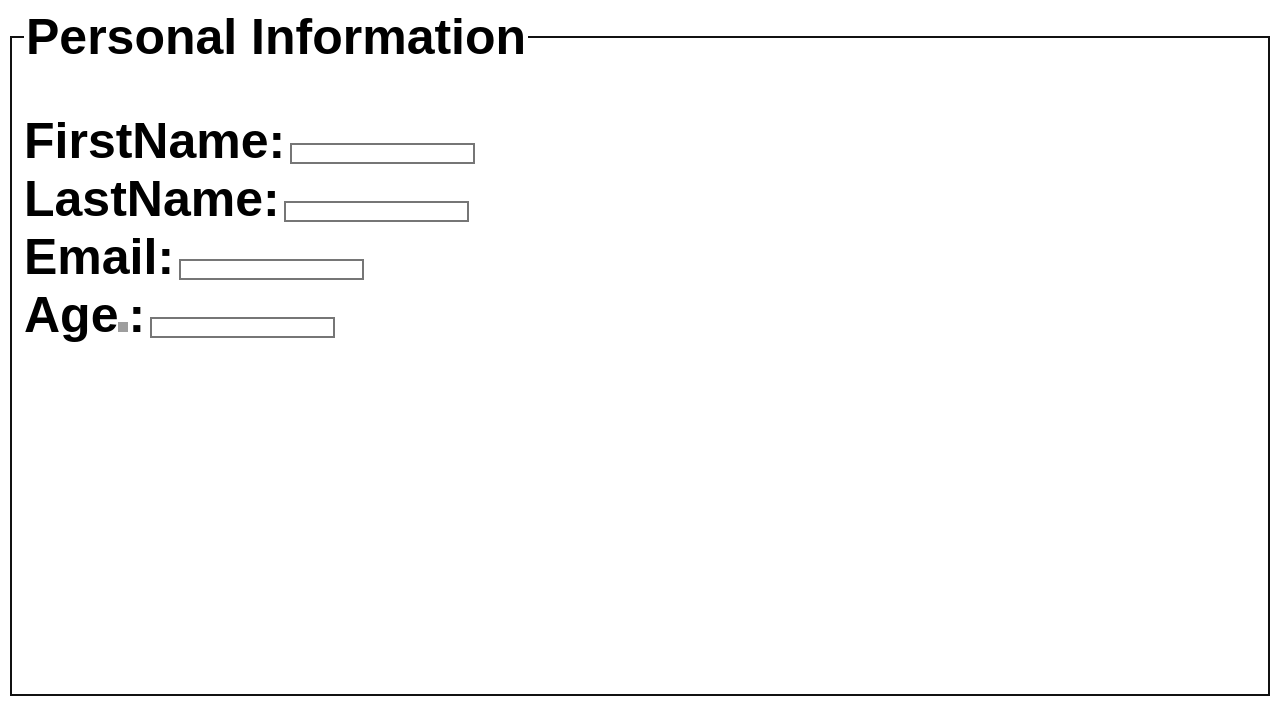
Repository: Femi007-gh/Legend
Page: index.html
These files come from the project's save history. The page is drawn as it stood at one moment and after the next save; the edit follows.
The browser window is 1280 px wide. The pictures show the whole page.
Pictures or frames that could not be fetched are drawn as grey boxes.

Above is the page before, as saved 2025-04-04 11:04:48.

After the next save:
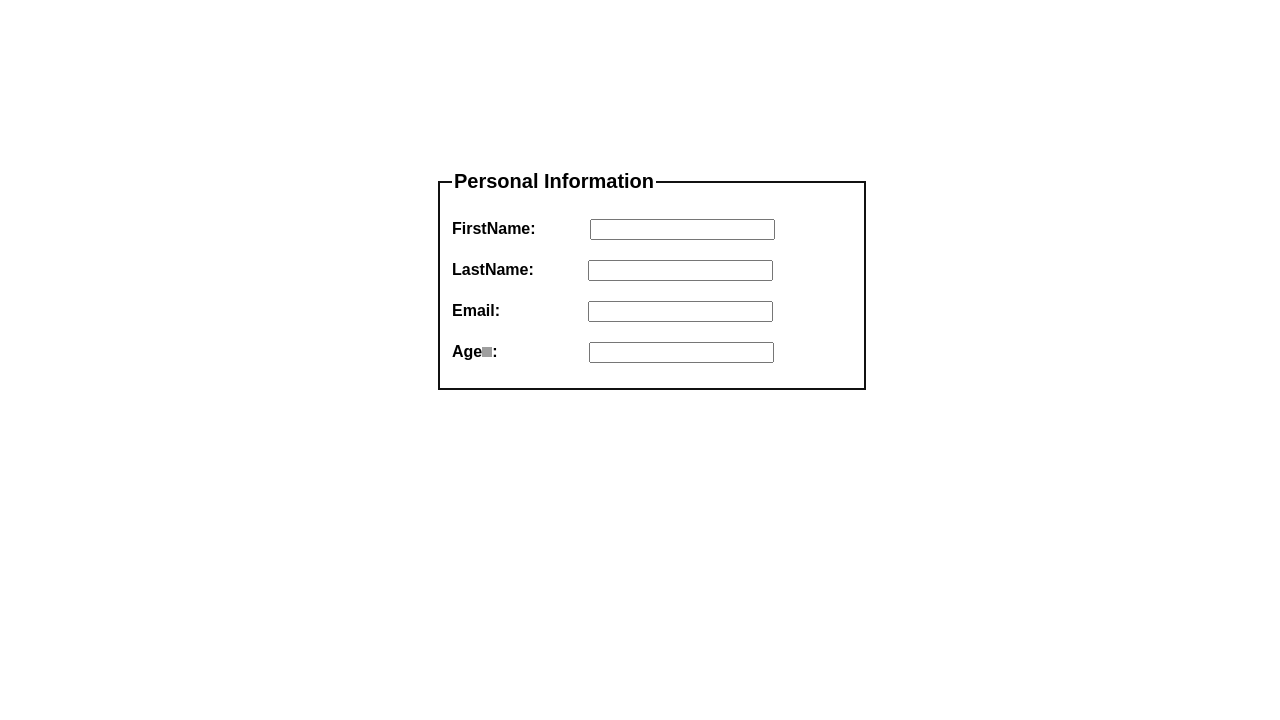
Saved 99 s later.
--- a/style.css
+++ b/style.css
@@ -4,8 +4,7 @@ body {
 }
 
 .ld {
-  font-size: 50px;
-  margin-bottom: 40px;
+  font-size: 20px;
 }
 
 .doc {
@@ -15,28 +14,28 @@ body {
 
 .field {
   border: 2px solid #111;
-  height: 95%;
+  width: 400px;
+  height: 200px;
+  margin-left: 430px;
+  margin-top: 170px;
 }
 
 .FN {
-
-  border-style: solid;
+  margin-top: 20px;
+  margin-left: 50px;
 }
 
 .LN {
-
-  border-style: solid;
+  margin-top: 20px;
+  margin-left: 50px;
 }
 
 .email {
-  border-style: solid;
+  margin-top: 20px;
+  margin-left:84px;
 }
 
 .age {
-
-  border-style: solid;
+  margin-top: 20px;
+  margin-left: 87px;
 }
-
-.first, .last, .mail, .yourage {
-  font-size: 50px;
-}
